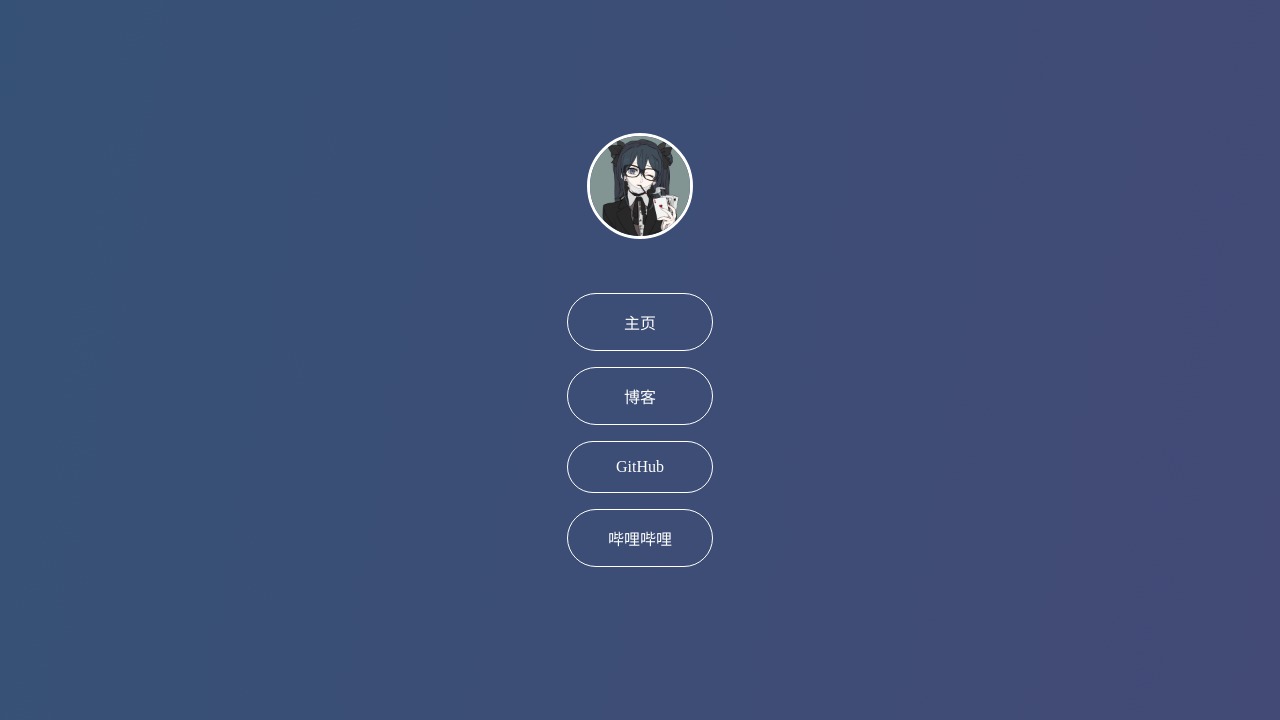
Repository: MarginLon/marginlon.github.io
Page: index.html
These files come from the project's save history. The page is drawn as it stood at one moment and after the next save; the edit follows.
The browser window is 1280 px wide. The pictures show the whole page.

Above is the page before, as saved 2022-09-24 09:50:14.

### index.html
<!----

# Navigation
# By: Dreamer-Paul
# Last Update: 2022.3.11

一个简单的个人首页，让你的朋友方便快捷的，找到你在各站点的社交链接

本代码为奇趣保罗原创，并遵守 MIT 开源协议。欢迎访问我的博客：https://paugram.com



 * Navigation changed from https://paugram.com
 * @author: MarginLon
 * @since: 2022-09-24
 * index.html

---->

<!DOCTYPE html>
<html>

<head>
    <meta charset="UTF-8">
    <title>奇趣保罗</title>
    <link href="static/32.png" rel="icon" sizes="32x32" />
    <link href="static/192.png" rel="icon" sizes="192x192" />
    <meta name="viewport" content="width=device-width, maximum-scale=1, initial-scale=1" />
    <style>
        html,
        body,
        main {
            height: 100%;
        }

        body {
            margin: 0;
            user-select: none;
            font: lighter 16px "微软雅黑";
        }

        body:before {
            content: '';
            z-index: -1;
            width: 3000px;
            height: 3000px;
            display: block;
            position: fixed;
            top: calc(50% - 1500px);
            left: calc(50% - 1500px);
            animation: bg-rotate 15s infinite linear;
            /* background: linear-gradient(45deg, #20b57d 40%, #258ec5 60%); */
            /* background: linear-gradient(45deg, #30cfd0 0%, #330867 100%); */
            /* background-image: linear-gradient(-20deg, #b721ff 0%, #21d4fd 100%); */
            background-image: linear-gradient(to top, #1e3c72 0%, #1e3c72 1%, #2a5298 100%);
            background-image: linear-gradient(-225deg, #2CD8D5 0%, #6B8DD6 48%, #8E37D7 100%);
            background-image: linear-gradient(to top, #0250c5 0%, #d43f8d 100%);
            background-image: linear-gradient(-20deg, #2b5876 0%, #4e4376 100%);

        }

        @keyframes bg-rotate {
            0% {
                transform: rotate(0)
            }

            100% {
                transform: rotate(360deg)
            }
        }

        a {
            text-decoration: none;
        }

        main {
            display: table;
            margin: 0 auto;
        }

        .content {
            padding-top: 50px;
            padding-bottom: 70px;
            text-align: center;
            display: table-cell;
            vertical-align: middle;
        }

        .logo {
            margin-bottom: 50px;
        }

        .logo img {
            height: auto;
            max-width: 100px;
            border-radius: 100%;
            border: 3px solid #fff;
            transition: transform 0.3s;
        }

        .logo img:hover {
            transform: scale(1.1, 1.1) rotate(1turn);
        }

        .links {
            max-width: 300px;
        }

        .links a {
            color: #fff;
            display: block;
            min-width: 80px;
            padding: 1em 2em;
            text-align: center;
            margin-bottom: 1em;
            border-radius: 100px;
            border: #fff 1px solid;
            transition: background 0.3s, color 0.3s, opacity 0.3s, transform 0.3s;
        }

        .links a:hover {
            color: #258ec5;
            background: #fff;
            transform: scale(1.1, 1.1);
        }

        .links a:active {
            opacity: 0.7;
            transform: scale(0.9, 0.9);
        }

        .links a:last-child {
            margin-bottom: 0;
        }

        footer {
            left: 0;
            right: 0;
            bottom: 0;
            color: #fff;
            position: fixed;
            text-align: center;
        }

        footer a {
            color: inherit;
        }
    </style>
</head>

<body>
    <main class="container">
        <div class="content">
            <div class="logo">
                <img src="static/avatar.jpg" alt="MarginLon" />
            </div>
            <div class="links">
                <a href="https://www.marginlon.zone">主页</a>
                <a href="https://www.marginlon.zone/blog/">博客</a>
                <!-- <a href="http://weibo.com/234891753/" target="_blank">微博</a> -->
                <!-- <a href="http://music.163.com/#/user/home?id=7041859" target="_blank">网易云</a> -->
                <!-- <a href="http://steamcommunity.com/id/dreamer-paul/" target="_blank">Steam</a> -->
                <a href="https://github.com/MarginLon/" target="_blank">GitHub</a>
                <a href="https://space.bilibili.com/2008016" target="_blank">哔哩哔哩</a>
            </div>
        </div>
    </main>
    <!-- <footer>
        <p>©
            <script>document.write(new Date().getFullYear())</script> By <a href="https://paugram.com"
               target="_blank">Dreamer-Paul</a>.
        </p>
    </footer> -->
</body>

</html>

After the next save:
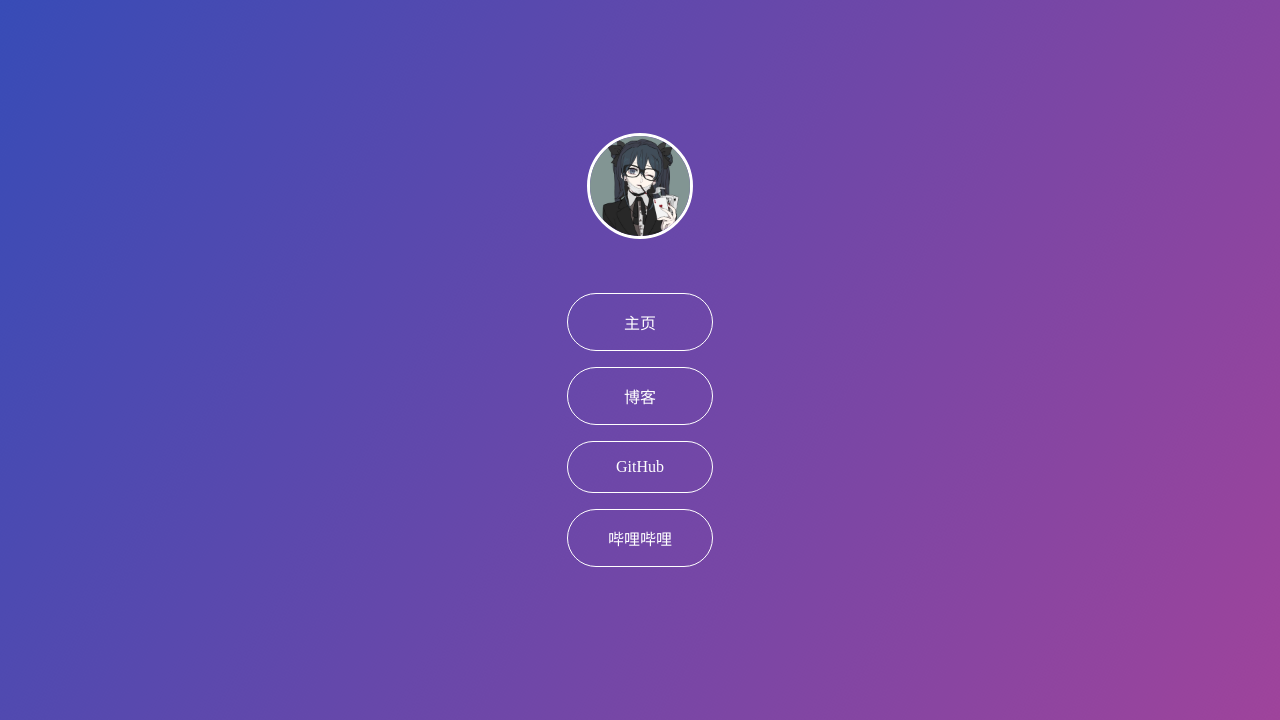
Saved 11 s later.
--- a/index.html
+++ b/index.html
@@ -55,7 +55,7 @@
             background-image: linear-gradient(to top, #1e3c72 0%, #1e3c72 1%, #2a5298 100%);
             background-image: linear-gradient(-225deg, #2CD8D5 0%, #6B8DD6 48%, #8E37D7 100%);
             background-image: linear-gradient(to top, #0250c5 0%, #d43f8d 100%);
-            background-image: linear-gradient(-20deg, #2b5876 0%, #4e4376 100%);
+            /* background-image: linear-gradient(-20deg, #2b5876 0%, #4e4376 100%); */
 
         }
 
